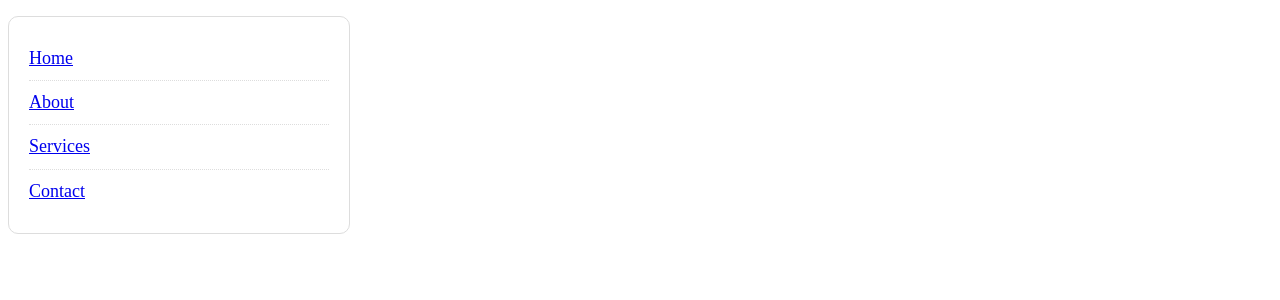
Repository: andiausrust/css-traversy
Page: menus/index.html
The author's editor kept a copy of each file at every save. The page is drawn from the files as they stood at one save, then again after the next save.
The browser window is 1280 px wide. The pictures show the whole page.

Above is the page before, as saved 2020-08-20 11:25:25.

### menus/index.html
<!DOCTYPE html>
<html lang="en">
    <head>
        <meta charset="UTF-8" />
        <meta name="viewport" content="width=device-width, initial-scale=1.0" />
        <link rel="stylesheet" href="./css/style.css" />
        <title>Menu Styling</title>
    </head>
    <body>
        <ul class="side-menu">
            <li><a href="#">Home</a></li>
            <li><a href="#">About</a></li>
            <li><a href="#">Services</a></li>
            <li><a href="#">Contact</a></li>
        </ul>
    </body>
</html>

### menus/css/style.css
.side-menu {
    list-style: none;
    border: 1px solid #ddd;
    border-radius: 10px;
    width: 300px;
    padding: 20px;
}

.side-menu li {
    font-size: 18px;
    line-height: 2.4em;
    border-bottom: dotted 1px #ddd;
}

.side-menu li:last-child {
    border-bottom: none;
}

After the next save:
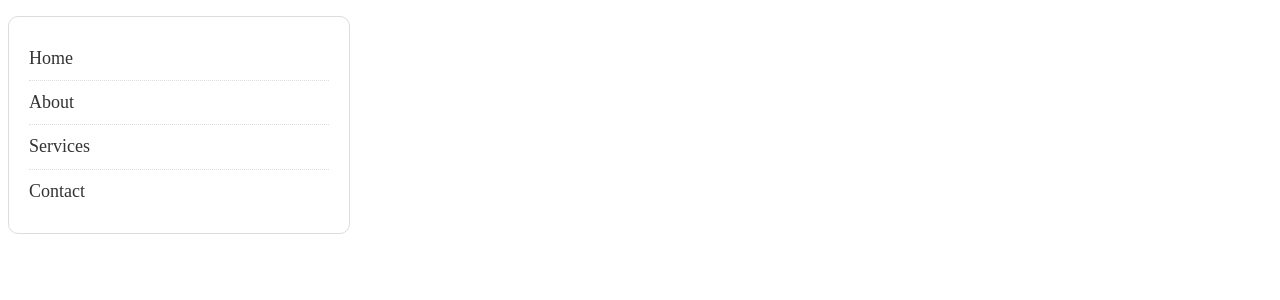
Saved 58 s later.
--- a/menus/css/style.css
+++ b/menus/css/style.css
@@ -15,3 +15,12 @@
 .side-menu li:last-child {
     border-bottom: none;
 }
+
+.side-menu li a {
+    color: #333;
+    text-decoration: none;
+}
+
+.side-menu li a:hover {
+    color: coral;
+}
